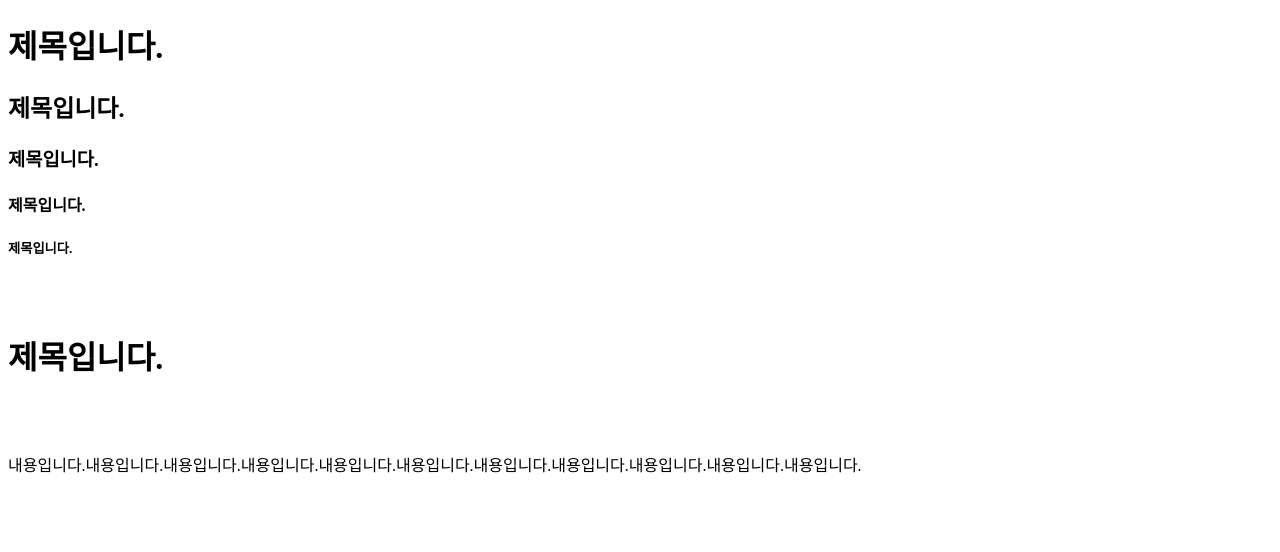
Repository: heoSuKyeong/client_Ssanyong
Page: ClientTest/src/main/webapp/html/ex07_heading.html
An editor plug-in stored every save of this project. The page is shown before and after the next save, followed by the edit.
The browser window is 1280 px wide. The pictures show the whole page.

Above is the page before, as saved 2023-09-20 00:26:42.

### ClientTest/src/main/webapp/html/ex07_heading.html
<!DOCTYPE html>
<html>
<head>
<meta charset="UTF-8">
<title>Insert title here</title>
</head>
<body>
	<h1>제목입니다.</h1>
	<h2>제목입니다.</h2>
	<h3>제목입니다.</h3>
	<h4>제목입니다.</h4>
	<h5>제목입니다.</h5>
	<h6 style="font-size:24pt">제목입니다.</h6>
	<p>내용입니다.내용입니다.내용입니다.내용입니다.내용입니다.내용입니다.내용입니다.내용입니다.내용입니다.내용입니다.내용입니다.</p>
</body>
</html>



<!--

<hn>, heading
제목 태크
문서 내의 제목을 출력하는 태그
n에 1~6이 들어간다.
쌍태그와 혼합형에 들어간다.

***태그의 출력 결과는 중요하지 않다.
화면에 어떻게 보이지는 그다지 중요하지 않다.
화면은 CSS로 재정의를 한다.
 -->

After the next save:
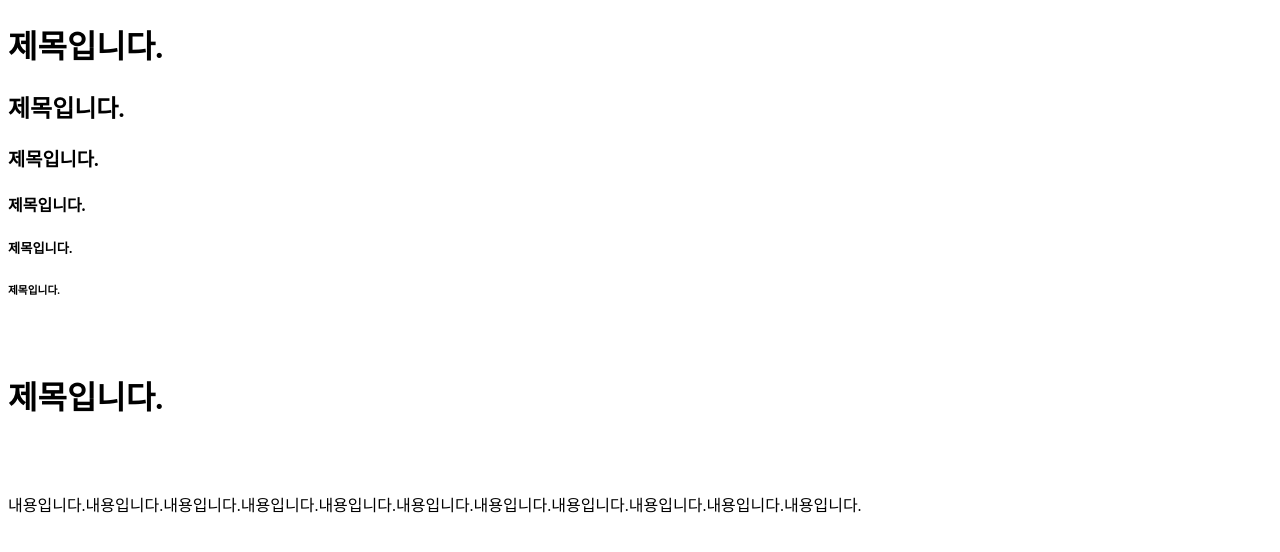
Saved 6 min 25 s later.
--- a/ClientTest/src/main/webapp/html/ex07_heading.html
+++ b/ClientTest/src/main/webapp/html/ex07_heading.html
@@ -10,6 +10,7 @@
 	<h3>제목입니다.</h3>
 	<h4>제목입니다.</h4>
 	<h5>제목입니다.</h5>
+	<h6>제목입니다.</h6>
 	<h6 style="font-size:24pt">제목입니다.</h6>
 	<p>내용입니다.내용입니다.내용입니다.내용입니다.내용입니다.내용입니다.내용입니다.내용입니다.내용입니다.내용입니다.내용입니다.</p>
 </body>
